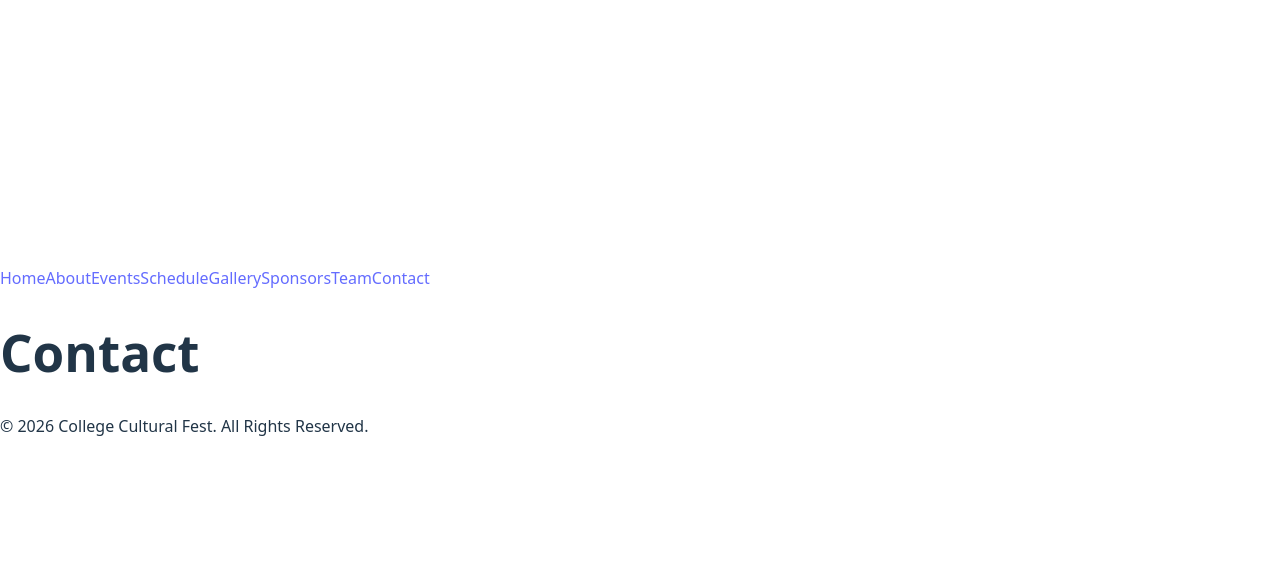
Repository: mridang-iiitu/Mridang-2k26
Page: /contact
These files come from the project's save history. The page is drawn as it stood at one moment and after the next save; the edit follows.
The browser window is 1280 px wide. The pictures show the whole page.
The project was rebuilt for these pictures with package versions that can differ from the ones it lists, and the page was loaded fresh each time. Also part of the build but not shown: vite.config.js, src/pages/Home.jsx, src/pages/About.jsx, src/pages/Events.jsx, src/pages/Schedule.jsx, src/pages/Gallery.jsx, src/pages/Sponsors.jsx, src/pages/Team.jsx.

Above is the page before, as saved 2026-08-03 13:34:50.

After the next save:
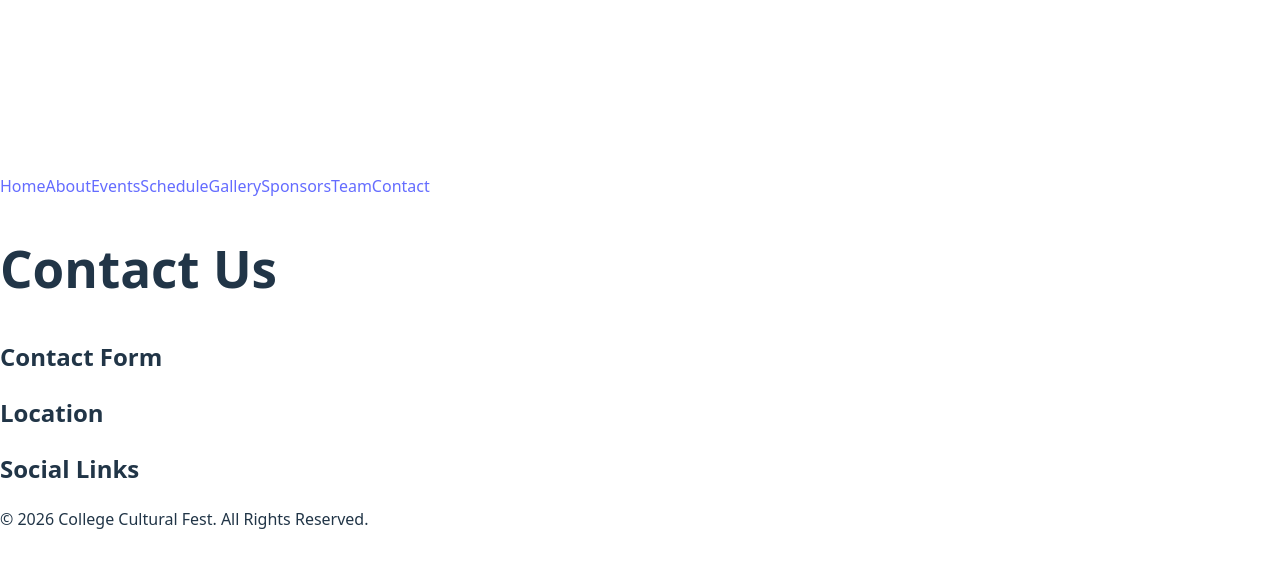
Saved 5 s later.
--- a/src/pages/Contact.jsx
+++ b/src/pages/Contact.jsx
@@ -1,7 +1,23 @@
 export default function Contact() {
   return (
-    <div className="min-h-screen p-10">
-      <h1 className="text-4xl font-bold">Contact</h1>
-    </div>
+    <main>
+
+      <section>
+        <h1>Contact Us</h1>
+      </section>
+
+      <section>
+        <h2>Contact Form</h2>
+      </section>
+
+      <section>
+        <h2>Location</h2>
+      </section>
+
+      <section>
+        <h2>Social Links</h2>
+      </section>
+
+    </main>
   );
 }
